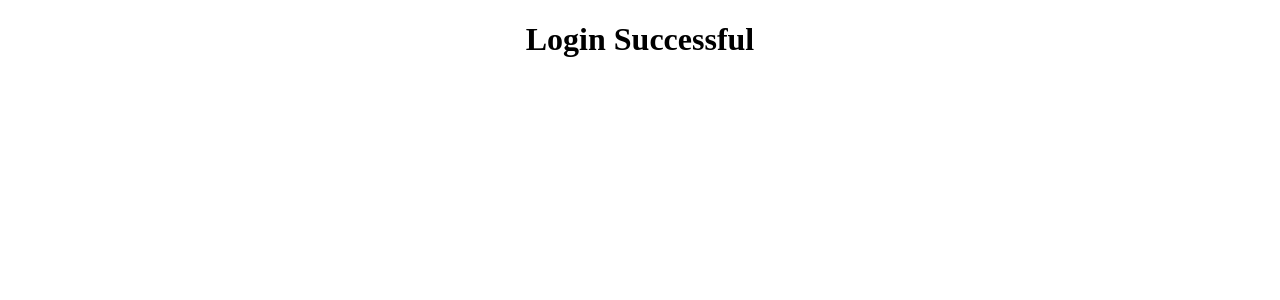
Repository: tsvel2001/TsVelDevelopment
Page: http://localhost/LoginPage/LoginSuccess.jsp
The author's editor kept a copy of each file at every save. The page is drawn from the files as they stood at one save, then again after the next save.
The browser window is 1280 px wide. The pictures show the whole page.
The page is served by Tomcat 10. Other server files are loaded and not shown.

Above is the page before, as saved 2024-10-12 10:44:17.

### LoginPage/src/main/webapp/LoginSuccess.jsp
<%@ page language="java" contentType="text/html; charset=UTF-8"
    pageEncoding="UTF-8"%>
<!DOCTYPE html>
<html>
<head>
<meta charset="UTF-8">
<title>Insert title here</title>
</head>
<body>
	<div align="center">
		<h1>Login Successful</h1>
	</div>
</body>
</html>

After the next save:
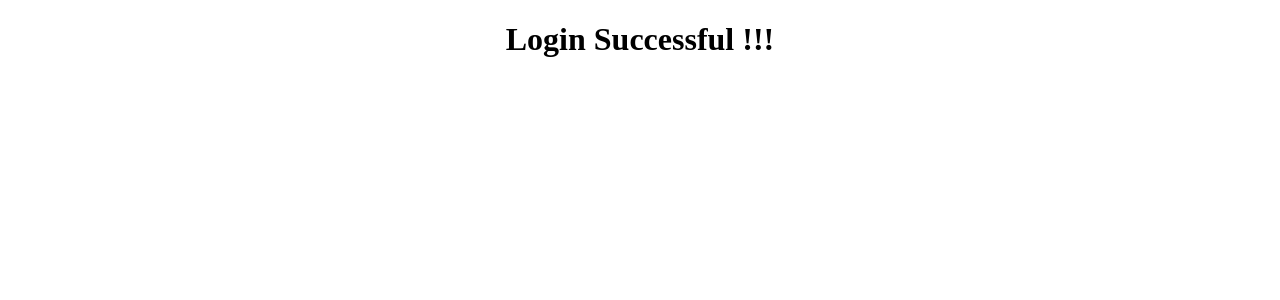
Saved 48 s later.
--- a/LoginPage/src/main/webapp/LoginSuccess.jsp
+++ b/LoginPage/src/main/webapp/LoginSuccess.jsp
@@ -4,11 +4,11 @@
 <html>
 <head>
 <meta charset="UTF-8">
-<title>Insert title here</title>
+<title>Login Success</title>
 </head>
 <body>
 	<div align="center">
-		<h1>Login Successful</h1>
+		<h1>Login Successful !!!</h1>
 	</div>
 </body>
 </html>
